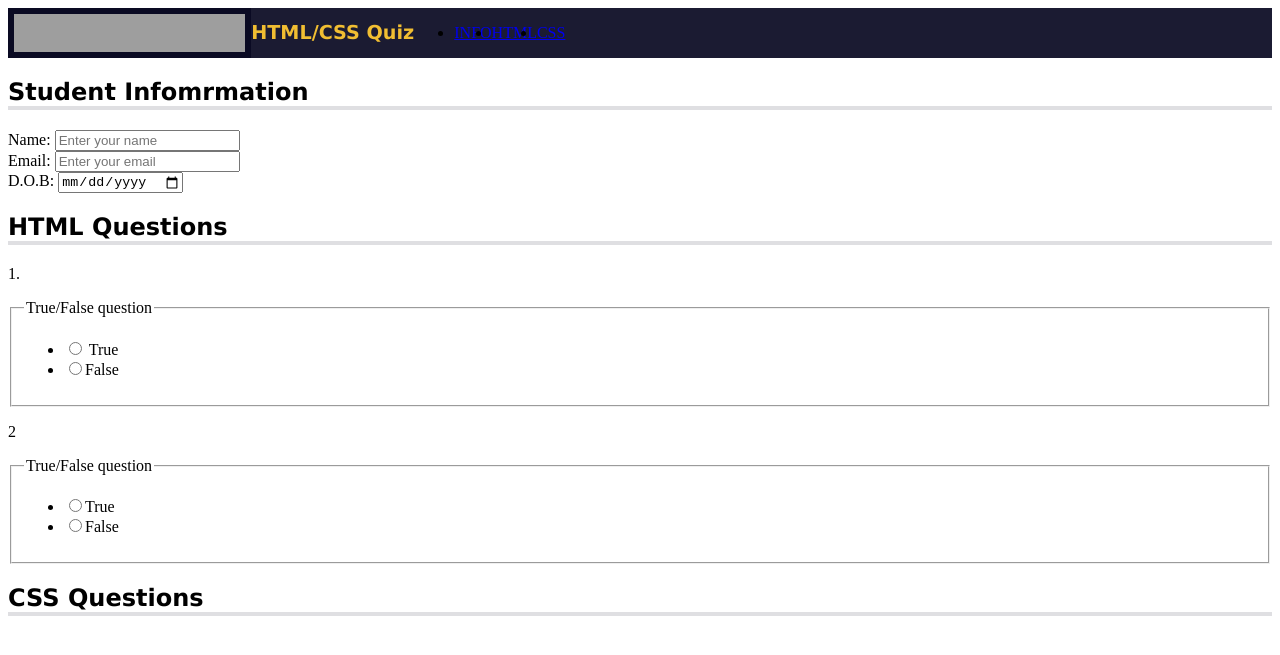
Repository: Lungdjos/accessibility_build_quiz
Page: index.html
An editor plug-in stored every save of this project. The page is shown before and after the next save, followed by the edit.
The browser window is 1280 px wide. The pictures show the whole page.
Pictures or frames that could not be fetched are drawn as grey boxes.

Above is the page before, as saved 2023-10-28 11:35:31.

After the next save:
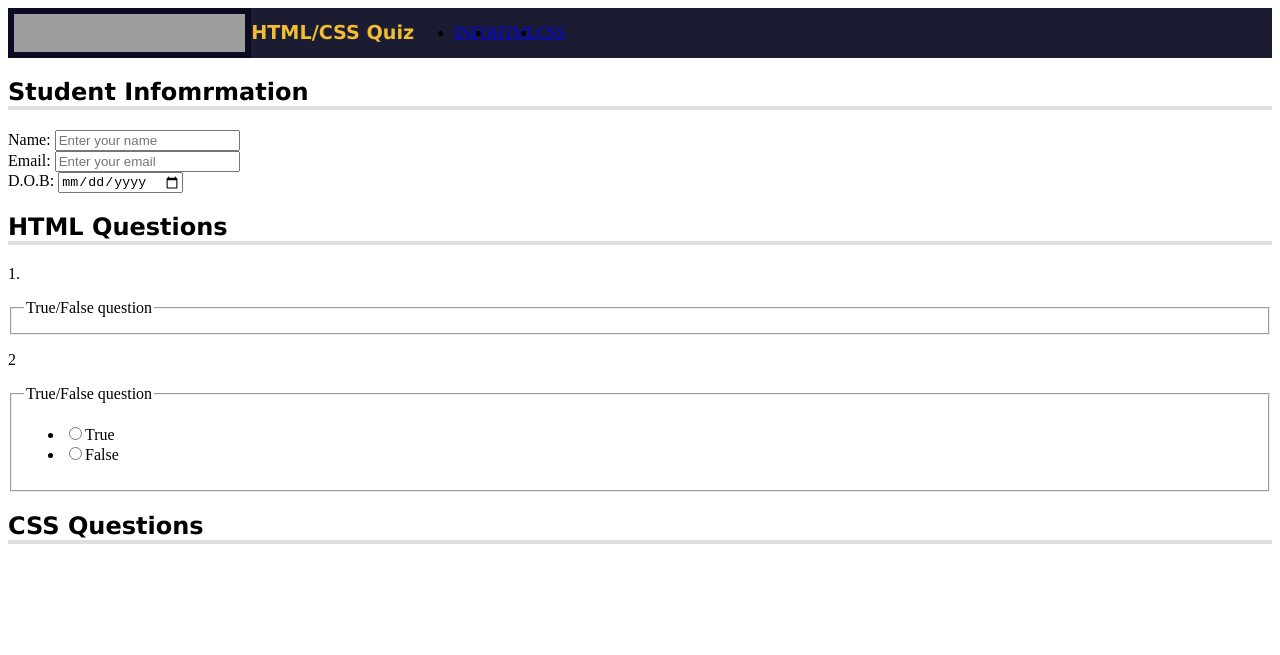
Saved 34 s later.
--- a/index.html
+++ b/index.html
@@ -51,18 +51,7 @@
                     <p>1.</p>
                     <fieldset name="first-question" class="question">
                         <legend>True/False question</legend>
-                        <ul class="answers-list">
-                            <li>
-                                <label for="q1-a1">
-                                    <input type="radio" value="true" name="" id="q1-a1"> True
-                                </label>
-                            </li>
-                            <li>
-                                <label for="q1-a2">
-                                    <input type="radio" value="false" name="" id="q1-a2">False
-                                </label>
-                            </li>
-                        </ul>
+
                     </fieldset>
                 </div>
                 <div class="question-block">

After the 3 saves that followed:
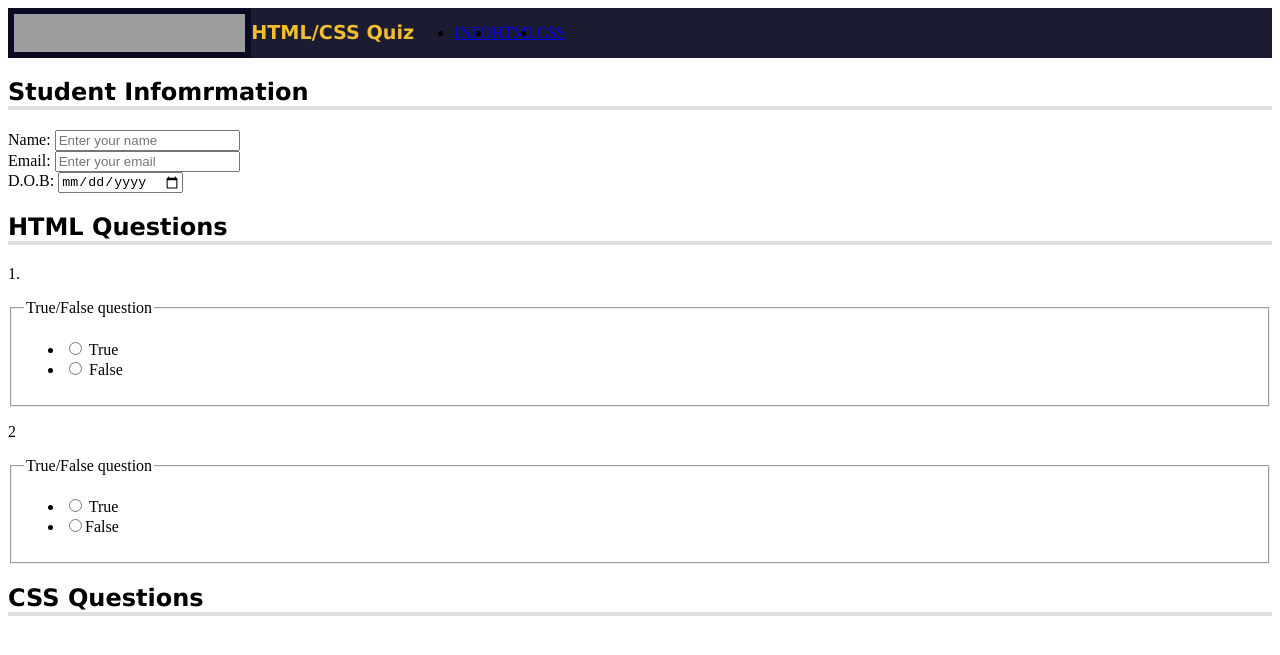
The 3 saves are shown as one change because they came seconds apart.
The last was saved 10 s later.
--- a/index.html
+++ b/index.html
@@ -51,7 +51,18 @@
                     <p>1.</p>
                     <fieldset name="first-question" class="question">
                         <legend>True/False question</legend>
-
+                        <ul class="answers-list">
+                            <li>
+                                <label for="q1-a1">
+                                    <input type="radio" value="true" name="" id="q1-a1"> True
+                                </label>
+                            </li>
+                            <li>
+                                <label for="q1-a2">
+                                    <input type="radio" value="false" name="" id="q1-a2"> False
+                                </label>
+                            </li>
+                        </ul>
                     </fieldset>
                 </div>
                 <div class="question-block">
@@ -61,7 +72,7 @@
                         <ul class="answers-list">
                             <li>
                                 <label for="q2-a1">
-                                    <input type="radio" value="true" name="" id="q2-a1">True
+                                    <input type="radio" value="true" name="" id="q2-a1"> True
                                 </label>
                             </li>
                             <li>
